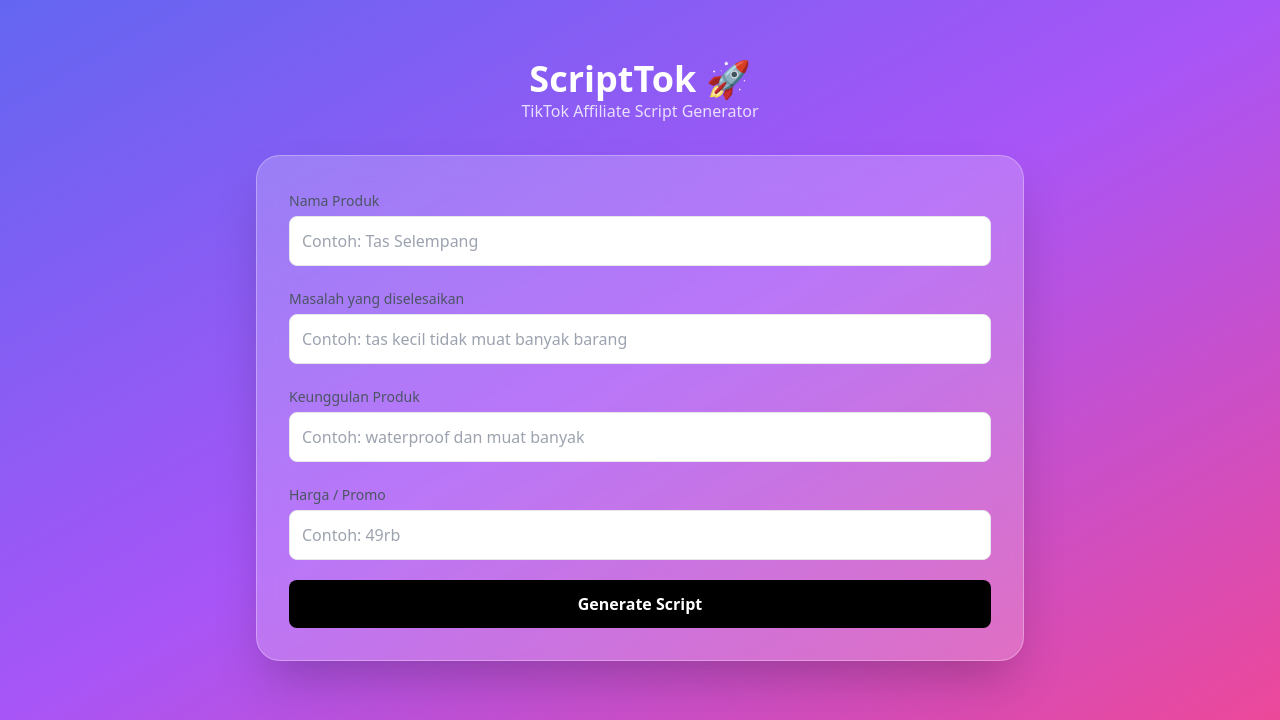
Repository: diritditdit07/ScriptTok
Page: /
An editor plug-in stored every save of this project. The page is shown before and after the next save, followed by the edit.
The browser window is 1280 px wide. The pictures show the whole page.
The project was rebuilt for these pictures with package versions that can differ from the ones it lists, and the page was loaded fresh each time. Also part of the build but not shown: vite.config.js, src/components/ScriptResult.jsx, src/components/HookList.jsx.

Above is the page before, as saved 2026-03-05 11:32:49.

### index.html
<!doctype html>
<html lang="en">
  <head>
    <meta charset="UTF-8" />
    <link rel="icon" type="image/svg+xml" href="/vite.svg" />
    <meta name="viewport" content="width=device-width, initial-scale=1.0" />
    <title>scripttok</title>
  </head>
  <body>
    <div id="root"></div>
    <script type="module" src="/src/main.jsx"></script>
  </body>
</html>

### src/App.jsx
import { useState } from "react";
import ProductForm from "./components/ProductForm";
import ScriptResult from "./components/ScriptResult";
import HookList from "./components/HookList";

import { generateScript } from "./utils/generator";
import { generateHooks } from "./utils/hookGenerator";

function App() {

  const [script, setScript] = useState("");
  const [hooks, setHooks] = useState([]);

  function handleGenerate(data) {

    const resultScript = generateScript(data);
    setScript(resultScript);

    const resultHooks = generateHooks(data.product);
    setHooks(resultHooks);
  }

  return (

    <div className="min-h-screen bg-gradient-to-br from-indigo-500 via-purple-500 to-pink-500 flex justify-center items-center p-6">

      <div className="w-full max-w-3xl">

        <header className="text-center text-white mb-8">

          <h1 className="text-4xl font-bold">
            ScriptTok 🚀
          </h1>

          <p className="opacity-80">
            TikTok Affiliate Script Generator
          </p>

        </header>

        <div className="backdrop-blur-lg bg-white/20 border border-white/30 shadow-2xl rounded-3xl p-8">

          <ProductForm onGenerate={handleGenerate} />

          <HookList hooks={hooks} />

          <ScriptResult script={script} />

        </div>

      </div>

    </div>
  );
}

export default App;

### src/components/ProductForm.jsx
import { useState } from "react";

export default function ProductForm({ onGenerate }) {

  const [form, setForm] = useState({
    product: "",
    problem: "",
    advantage: "",
    price: ""
  });

  function handleChange(e) {
    setForm({
      ...form,
      [e.target.name]: e.target.value
    });
  }

  function handleSubmit(e) {
    e.preventDefault();
    onGenerate(form);
  }

  return (
    <form onSubmit={handleSubmit} className="space-y-5">

      <div>
        <label className="text-sm text-gray-600">Nama Produk</label>
        <input
          name="product"
          placeholder="Contoh: Tas Selempang"
          onChange={handleChange}
          className="w-full mt-1 border rounded-lg p-3 focus:ring-2 focus:ring-black outline-none"
        />
      </div>

      <div>
        <label className="text-sm text-gray-600">Masalah yang diselesaikan</label>
        <input
          name="problem"
          placeholder="Contoh: tas kecil tidak muat banyak barang"
          onChange={handleChange}
          className="w-full mt-1 border rounded-lg p-3 focus:ring-2 focus:ring-black outline-none"
        />
      </div>

      <div>
        <label className="text-sm text-gray-600">Keunggulan Produk</label>
        <input
          name="advantage"
          placeholder="Contoh: waterproof dan muat banyak"
          onChange={handleChange}
          className="w-full mt-1 border rounded-lg p-3 focus:ring-2 focus:ring-black outline-none"
        />
      </div>

      <div>
        <label className="text-sm text-gray-600">Harga / Promo</label>
        <input
          name="price"
          placeholder="Contoh: 49rb"
          onChange={handleChange}
          className="w-full mt-1 border rounded-lg p-3 focus:ring-2 focus:ring-black outline-none"
        />
      </div>

      <button
        type="submit"
        className="w-full bg-black text-white p-3 rounded-lg font-semibold hover:opacity-90 transition"
      >
        Generate Script
      </button>

    </form>
  );
}

### src/utils/generator.js
export function generateScript(data) {

  const { product, problem, advantage, price } = data;

  return {
    hook: `Gue baru nemu ${product} ini di TikTok shop...`,

    relatable: `Biasanya ${problem}.`,

    scene1: `Tunjukin ${product} dari dekat ke kamera.`,

    scene2: `Demo penggunaan ${product} secara langsung.`,

    scene3: `Highlight keunggulan utama: ${advantage}.`,

    price: `Dan yang bikin kaget... harganya cuma ${price}.`,

    cta: `Kalau mau cek produknya langsung klik keranjang kuning sebelum kehabisan.`
  };
}

### src/utils/hookGenerator.js
export function generateHooks(product) {

  const hooks = [
    `Kenapa ${product} ini lagi viral banget di TikTok?`,
    `Serius ini ${product} murah tapi kualitasnya ga murahan.`,
    `Gue nyesel baru nemu ${product} ini sekarang.`,
    `${product} ini lagi rame banget di TikTok shop.`,
    `Ini ${product} paling worth it yang pernah gue coba.`,
    `${product} ini ternyata jauh lebih bagus dari yang gue kira.`,
    `Awalnya gue kira ${product} ini biasa aja...`,
    `Kenapa banyak orang beli ${product} ini?`,
  ];

  const shuffled = hooks.sort(() => 0.5 - Math.random());

  return shuffled.slice(0, 5);
}

Loaded but not shown: src/main.jsx (common file); src/index.css (common file); tailwind.config.js (common file)

After the next save:
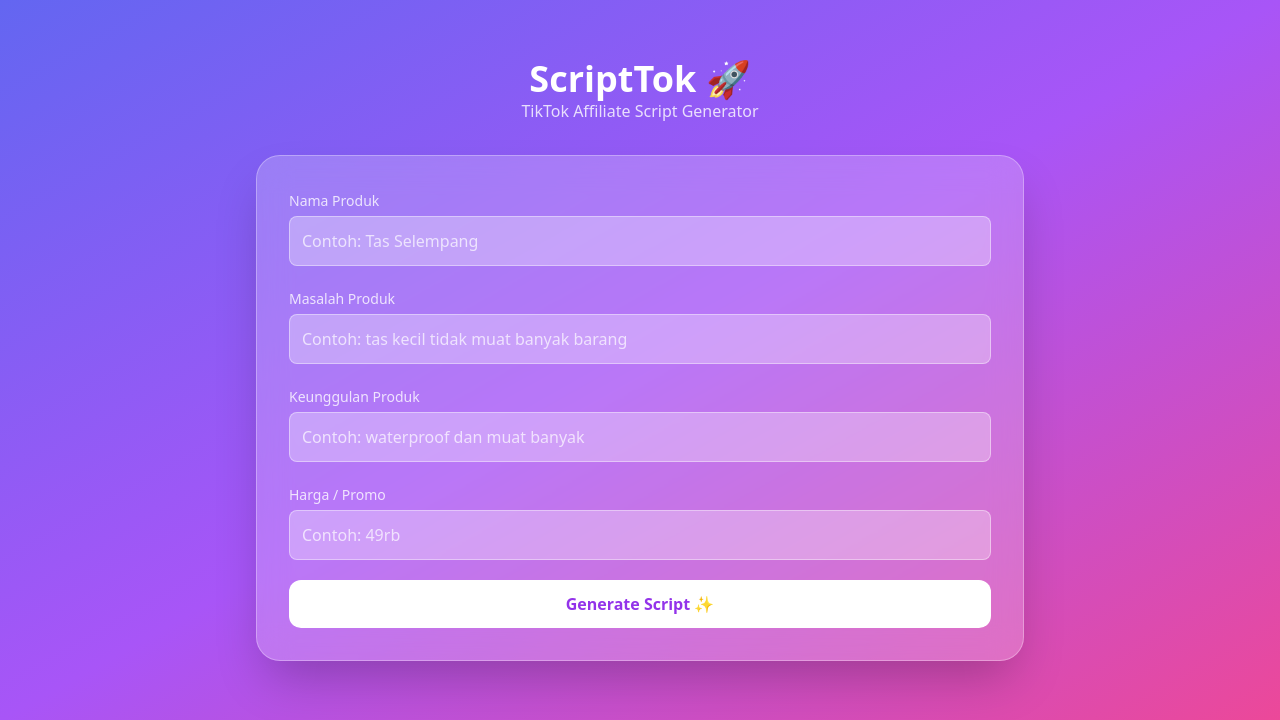
Saved 7 s later.
--- a/src/components/ProductForm.jsx
+++ b/src/components/ProductForm.jsx
@@ -21,54 +21,58 @@
     onGenerate(form);
   }
 
+  const inputStyle =
+    "w-full mt-1 bg-white/30 border border-white/40 text-white placeholder-white/70 rounded-lg p-3 outline-none focus:ring-2 focus:ring-white";
+
   return (
+
     <form onSubmit={handleSubmit} className="space-y-5">
 
       <div>
-        <label className="text-sm text-gray-600">Nama Produk</label>
+        <label className="text-sm text-white/80">Nama Produk</label>
         <input
           name="product"
           placeholder="Contoh: Tas Selempang"
           onChange={handleChange}
-          className="w-full mt-1 border rounded-lg p-3 focus:ring-2 focus:ring-black outline-none"
+          className={inputStyle}
         />
       </div>
 
       <div>
-        <label className="text-sm text-gray-600">Masalah yang diselesaikan</label>
+        <label className="text-sm text-white/80">Masalah Produk</label>
         <input
           name="problem"
           placeholder="Contoh: tas kecil tidak muat banyak barang"
           onChange={handleChange}
-          className="w-full mt-1 border rounded-lg p-3 focus:ring-2 focus:ring-black outline-none"
+          className={inputStyle}
         />
       </div>
 
       <div>
-        <label className="text-sm text-gray-600">Keunggulan Produk</label>
+        <label className="text-sm text-white/80">Keunggulan Produk</label>
         <input
           name="advantage"
           placeholder="Contoh: waterproof dan muat banyak"
           onChange={handleChange}
-          className="w-full mt-1 border rounded-lg p-3 focus:ring-2 focus:ring-black outline-none"
+          className={inputStyle}
         />
       </div>
 
       <div>
-        <label className="text-sm text-gray-600">Harga / Promo</label>
+        <label className="text-sm text-white/80">Harga / Promo</label>
         <input
           name="price"
           placeholder="Contoh: 49rb"
           onChange={handleChange}
-          className="w-full mt-1 border rounded-lg p-3 focus:ring-2 focus:ring-black outline-none"
+          className={inputStyle}
         />
       </div>
 
       <button
         type="submit"
-        className="w-full bg-black text-white p-3 rounded-lg font-semibold hover:opacity-90 transition"
+        className="w-full bg-white text-purple-600 font-semibold p-3 rounded-xl hover:scale-[1.02] transition"
       >
-        Generate Script
+        Generate Script ✨
       </button>
 
     </form>
